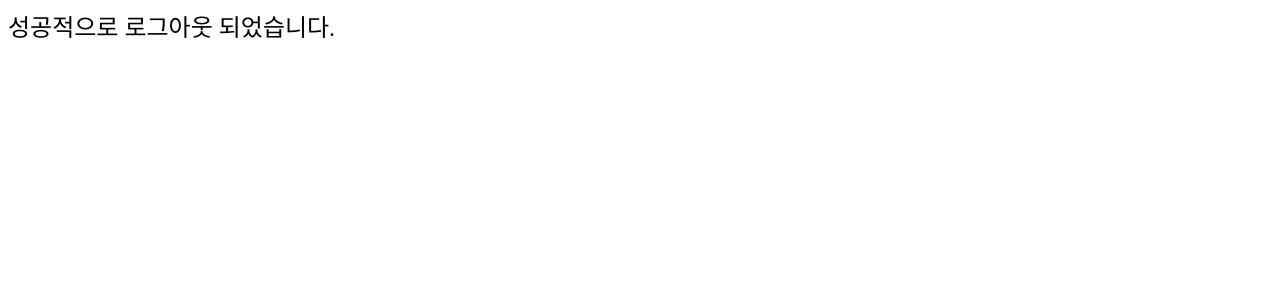
Repository: YEUMSEHWAN/JSP-Study
Page: http://localhost/ServletProjet/memberone/logout.jsp
These files come from the project's save history. The page is drawn as it stood at one moment and after a run of saves; the edit follows.
The browser window is 1280 px wide. The pictures show the whole page.
The page is served by Tomcat 9.

Above is the page before, as saved 2022-08-16 05:20:04.

After the next 2 saves:
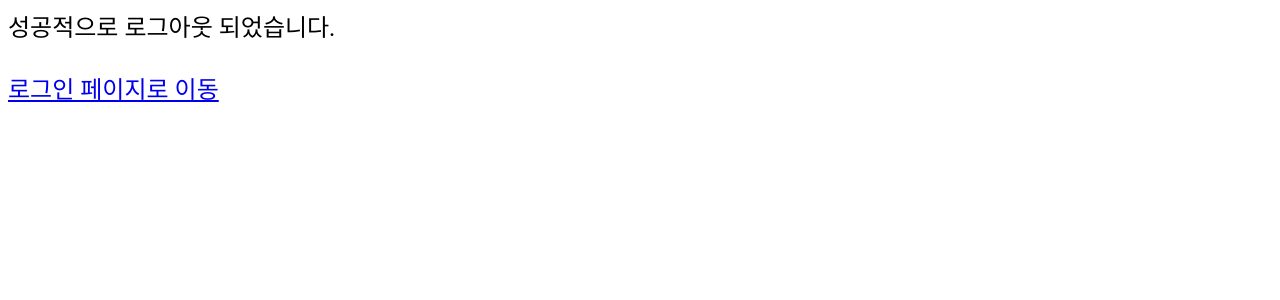
The 2 saves are shown as one change because they came seconds apart.
The last was saved 42 s later.
--- a/ServletProjet/src/main/webapp/memberone/logout.jsp
+++ b/ServletProjet/src/main/webapp/memberone/logout.jsp
@@ -1,10 +1,9 @@
 <%@ page language="java" contentType="text/html; charset=UTF-8"
-    pageEncoding="UTF-8"%>
+	pageEncoding="UTF-8"%>
 
-    <%
-    	session.invalidate();//session 무효
-
-    %>
+<%
+session.invalidate();//session 무효
+%>
 
 <!DOCTYPE html>
 <html>
@@ -13,9 +12,9 @@
 <title>Logout</title>
 </head>
 <body>
-<font size = "5" face = "궁서체">
-성공적으로 로그아웃 되었습니다.<br><br>
-</font>
+	<font size="5" face="궁서체"> 성공적으로 로그아웃 되었습니다.<br>
+	<br> <a href="login.jsp">로그인 페이지로 이동</a>
+	</font>
 
 </body>
 </html>
